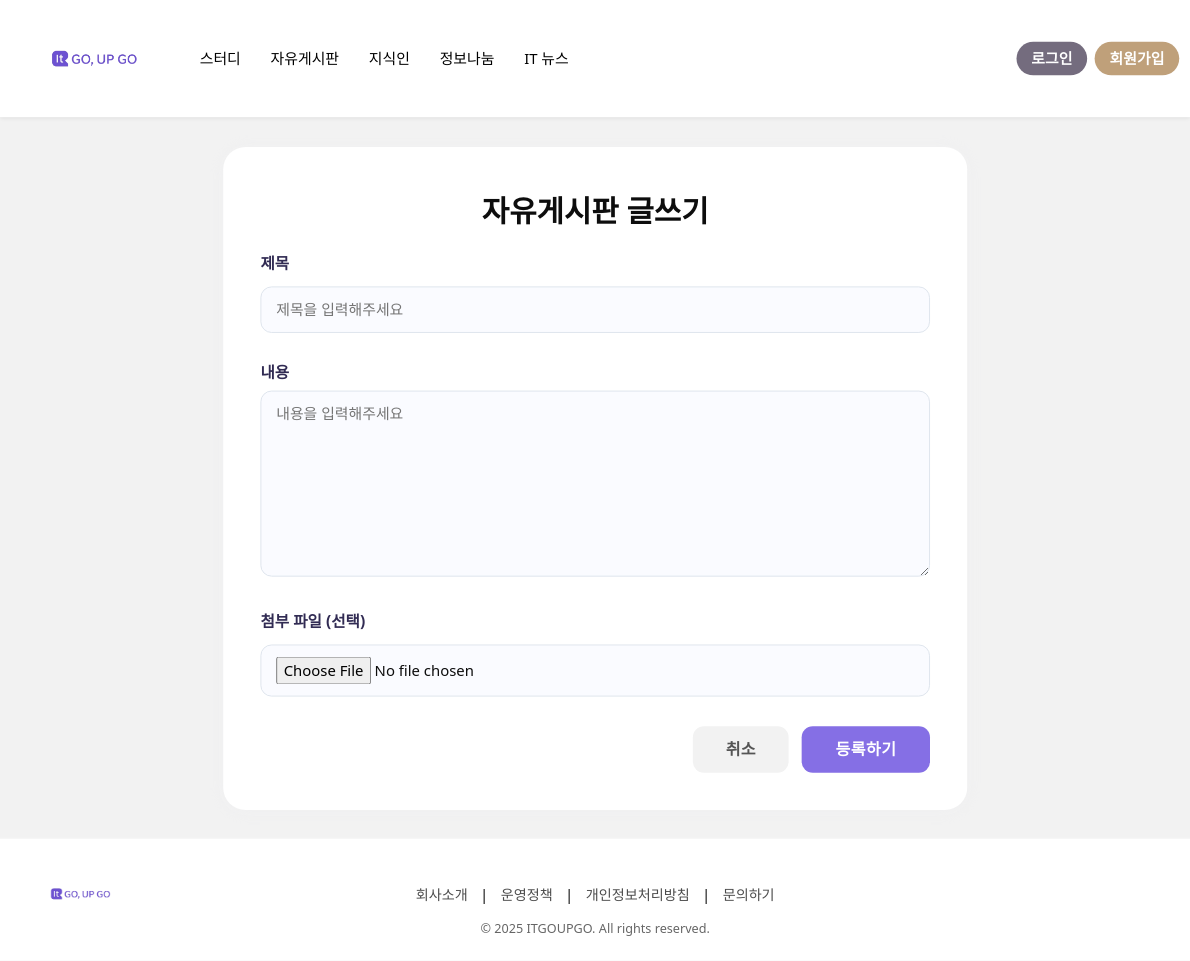
Repository: virtue5321/itgoupgo
Page: http://localhost/ITGOUPGO/WEB-INF/views/free/freeEnrollForm.jsp
The author's editor kept a copy of each file at every save. The page is drawn from the files as they stood at one save, then again after the next save.
The browser window is 1280 px wide. The pictures show the whole page, at 93% of full size.
The page is served by Tomcat 10. Nobody is signed in. Other server files are loaded and not shown. The template is opened directly, without the code that normally fills it, so the values that code supplies are empty.

Above is the page before, as saved 2025-10-31 06:23:04.

### ITGOUPGO/src/main/webapp/WEB-INF/views/free/freeEnrollForm.jsp
<%@ page contentType="text/html; charset=UTF-8" pageEncoding="UTF-8"%>
<%@ taglib prefix="c" uri="http://java.sun.com/jsp/jstl/core" %>
<!DOCTYPE html>
<html>
<head>
    <meta charset="UTF-8">
    <title>자유게시판 글쓰기</title>
    <style>
        html, body {
            height: 100%;
            min-height: 100vh;
            margin: 0;
            padding: 0;
            display: flex;
            flex-direction: column;
        }
        body {
            background: #f7f8fa;
        }
        .main-content {
            flex: 1;
            width: 100%;
            max-width: 1200px;
            margin-left: auto;
            margin-right: auto;
            padding-left: 32px;
            padding-right: 32px;
        }
        footer {
            width: 100%;
        }
        .form-container {
            max-width: 800px;
            margin: 48px auto 30px auto;
            background: #fff;
            border-radius: 24px;
            box-shadow: 0 1.5px 16px 2px #eaeaee33;
            padding: 50px 40px 40px 40px;
        }
        .form-group {
            margin-bottom: 1.8rem;
        }
        .form-label {
            font-weight: 600;
            margin-bottom: 0.6rem;
            display: inline-block;
            color: #312b53;
            font-size: 1.05rem;
        }
        input[type='text'], textarea, input[type='file'] {
            width: 100%;
            border: 1px solid #dde3ec;
            border-radius: 12px;
            padding: 0.75rem 1rem;
            margin-top: 0.3rem;
            font-size: 1rem;
            transition: border 0.2s, box-shadow 0.2s;
            background: #fafbff;
        }
        input:focus, textarea:focus {
            border: 1.5px solid #856fe5;
            outline: none;
            box-shadow: 0 0 0 3px rgba(133, 111, 229, 0.1);
            background: #fff;
        }
        textarea {
            min-height: 200px;
            resize: vertical;
            font-family: inherit;
        }
        .btn-submit {
            background: #856fe5;
            color: #fff;
            border: none;
            border-radius: 12px;
            padding: 12px 36px;
            font-size: 1.08rem;
            font-weight: 600;
            letter-spacing: 0.5px;
            cursor: pointer;
            transition: background 0.2s, transform 0.1s;
        }
        .btn-submit:hover {
            background: #6b5dd0;
            transform: translateY(-1px);
        }
        .btn-cancel {
            background: #f2f2f2;
            color: #555;
            border: none;
            border-radius: 12px;
            padding: 12px 36px;
            font-size: 1.08rem;
            font-weight: 600;
            cursor: pointer;
            margin-right: 10px;
            transition: background 0.2s;
        }
        .btn-cancel:hover {
            background: #e0e0e0;
        }
        h2 {
            color: #312b53;
        }
        @media (max-width: 576px) {
            .main-content {
                padding-left: 8px;
                padding-right: 8px;
            }
            .form-container {
                padding: 30px 20px 25px 20px;
            }
        }
    </style>
</head>
<body>
    <!-- 메뉴바(헤더) 영역 -->
    <c:import url="../common/menubar.jsp"/>

    <!-- 메인 컨텐츠 영역 -->
    <div class="main-content">
        <div class="form-container">
            <h2 class="text-center mb-4 fw-bold">자유게시판 글쓰기</h2>
            <form action="insert" method="post" enctype="multipart/form-data" autocomplete="off">
                <div class="form-group">
                    <label class="form-label">제목</label>
                    <input type="text" name="freeTitle" maxlength="80" required placeholder="제목을 입력해주세요">
                </div>
                <div class="form-group">
                    <label class="form-label">내용</label>
                    <textarea name="freeContent" maxlength="2000" required placeholder="내용을 입력해주세요"></textarea>
                </div>
                <div class="form-group">
                    <label class="form-label">첨부 파일 (선택)</label>
                    <input type="file" name="upfile" accept="image/*,.pdf,.doc,.docx">
                </div>
                <div style="text-align: right; margin-top: 2rem;">
                    <button type="button" class="btn-cancel" onclick="history.back();">취소</button>
                    <button type="submit" class="btn-submit">등록하기</button>
                </div>
            </form>
        </div>
    </div>

    <!-- 푸터 영역 -->
    <c:import url="../common/footer.jsp"/>
</body>
</html>

### ITGOUPGO/src/main/webapp/WEB-INF/views/common/menubar.jsp
<%@ page contentType="text/html; charset=UTF-8" pageEncoding="UTF-8"%>
<%@ taglib prefix="c" uri="jakarta.tags.core" %>

<link href="https://cdn.jsdelivr.net/npm/bootstrap@5.3.3/dist/css/bootstrap.min.css" rel="stylesheet">
<script src="https://cdn.jsdelivr.net/npm/bootstrap@5.3.3/dist/js/bootstrap.bundle.min.js"></script>
<script src="https://code.jquery.com/jquery-3.6.4.min.js"></script>
<link rel="stylesheet" href="https://cdnjs.cloudflare.com/ajax/libs/font-awesome/6.5.0/css/all.min.css">

<style>
:root {
  /* 라이트 모드 */
  --bg-color: #F2F2F2;
  --text-color: #0D0D0D;
  --navbar-bg: #FFFFFF;
  --btn-login: #746C7E;
  --btn-signup: #BFA07A;
  --btn-hover: #F4C542;
  --footer-bg: #FFFFFF;
  --footer-text: #000000;
  /*  게시판 공통 변수 */
  --board-bg: #FFFFFF; /* 컨테이너 배경 */
  --board-shadow: 0 1.5px 16px 2px #eaeaee33; /* 컨테이너 그림자 */
  --table-head-bg: #f2effc; /* 테이블 헤더 배경 */
  --table-head-text: #856fe5; /* 테이블 헤더 텍스트 */
  --table-row-bg: #f9faff; /* 테이블 행 배경 */
  --table-row-shadow: 0 1px 5px #e6e1f880; /* 테이블 행 그림자 */
  --table-row-hover-bg: #edeaff; /* 테이블 행 호버 배경 */
  --title-text: #312b53; /* 제목 텍스트 색상 */
  --badge-bg: #ecf2ff; /* 뱃지 배경 */
  --badge-text: #6d71a7; /* 뱃지 텍스트 */

}

/* 다크모드 관련 삭제됨 */


/* 🛠️ Sticky Footer를 위한 메인 콘텐츠 영역 스타일 추가 */
.container {
  flex-grow: 1; /* body의 남은 수직 공간을 모두 채우도록 확장 */
}

/* ✅ 공통 */
body {
  background-color: var(--bg-color);
  color: var(--text-color);
  transition: background-color 0.4s ease, color 0.4s ease;
  padding-top: 110px; /* 메뉴 높이만큼 여백 확보 (로고 크기 고려) */
  margin: 0;

  /* 👇 Sticky Footer를 위한 추가 */
  min-height: 100vh; /* 뷰포트 높이만큼 최소 높이 확보 */
  display: flex; /* flex 컨테이너로 설정 */
  flex-direction: column; /* 내용을 수직으로 정렬 */
}

/* --- 네비게이션 스타일 --- */

/* ✅ 메뉴바 상단 고정 */
nav.navbar {
  position: fixed;
  top: 0;
  left: 0;
  width: 100%;
  z-index: 1000;
  background-color: var(--navbar-bg);
  box-shadow: 0 2px 6px rgba(0, 0, 0, 0.1); /* 깔끔한 그림자 */
  transition: background-color 0.4s ease;
}

.navbar-brand {
  color: var(--footer-text) !important;
  font-weight: 700;
  letter-spacing: 0.5px;
}

nav.navbar .nav-link {
  color: var(--footer-text) !important;
  margin-right: 1rem;
  transition: opacity 0.3s ease, color 0.3s ease;
}

nav.navbar .nav-link:hover {
  opacity: 0.7;
  color: var(--btn-hover) !important;
}

/* ✅ 로그인 / 회원가입 버튼 */
.btn-login {
  background-color: var(--btn-login);
  color: #fff;
  font-weight: 600;
  border: none;
  border-radius: 20px;
  padding: 6px 16px;
  transition: all 0.3s ease;
}

.btn-login:hover {
  background-color: var(--btn-hover);
  color: #0D0D0D;
  transform: translateY(-1px);
}

.btn-signup {
  background-color: var(--btn-signup);
  color: #fff;
  font-weight: 600;
  border: none;
  border-radius: 20px;
  padding: 6px 16px;
  margin-left: 8px;
  transition: all 0.3s ease;
}

.btn-signup:hover {
  background-color: var(--btn-hover);
  color: #0D0D0D;
  transform: translateY(-1px);
}

/* 테마 전환 버튼 제거 */

/* ✅ 반응형 (모바일 뷰) */
@media (max-width: 991px) {
  .navbar-nav {
    text-align: initial;
  }

  .navbar-nav .nav-item {
    width: 100%;
    text-align: left;
    margin-bottom: 0.5rem;
  }

  .auth-and-theme-buttons {
    display: flex;
    justify-content: flex-end;
    align-items: center;
    width: 100%;
    margin-top: 1rem;
    padding-right: 0;
  }

  .auth-and-theme-buttons .btn-login,
  .auth-and-theme-buttons .btn-signup {
    margin-top: 0;
    margin-left: 0.5rem;
  }

  /* 테마 전환 버튼 제거로 여백 규칙 삭제 */

  .navbar-collapse.show {
    display: flex;
    flex-direction: column;
    align-items: flex-start;
  }

  .nav-menu-list {
    width: 100%;
    padding-left: 0;
    list-style: none;
    margin-bottom: 0;
  }

  .nav-menu-list .nav-link {
    margin-right: 0;
  }
}

/* ✅ PC 뷰 버튼 정렬 */
@media (min-width: 992px) {
  .auth-and-theme-buttons {
    display: flex;
    align-items: center;
  }
}

/* --- 푸터 스타일 (기존 footer.jsp에서 이동) --- */
footer {
  background-color: var(--footer-bg);
  color: var(--footer-text);
  padding: 1.5rem 1.5rem;
  font-size: 0.95rem;
  line-height: 1.6;
  border-top: 1px solid rgba(0, 0, 0, 0.05);
  transition: background-color 0.4s ease, color 0.4s ease;
  display: flex;
  flex-direction: column;
  align-items: center;
  position: relative;
}

/* ✅ 로고 (왼쪽 상단 고정) */
footer .footer-logo {
  position: absolute;
  left: 1.5rem;
  top: 1.5rem;
}
footer .footer-logo img {
  height: 70px;
  transition: opacity 0.3s ease;
}
footer .footer-logo img:hover {
  opacity: 0.8;
}

/* ✅ 링크 영역 */
footer .footer-links {
  margin-top: 1.5rem;
  margin-bottom: 0.8rem;
  text-align: center;
}
footer .footer-links a {
  color: var(--footer-text);
  opacity: 0.7;
  text-decoration: none;
  margin: 0 0.6rem;
  transition: color 0.3s ease, opacity 0.3s ease;
}
footer .footer-links a:hover {
  color: var(--btn-hover);
  opacity: 1;
}

/* ✅ 저작권 문구 */
footer .copyright {
  font-size: 0.85rem;
  opacity: 0.6;
  text-align: center;
}
</style>

<nav class="navbar navbar-expand-lg shadow-sm">
  <div class="container-fluid">
    <a href="/community" class="d-inline-block navbar-brand">
      <img src="/community/resources/images/itgoupgo_logo.png" alt="ITGOUPGO Logo" style="height: 100px;">
    </a>

    <button class="navbar-toggler bg-light" type="button" data-bs-toggle="collapse" data-bs-target="#navbarNav">
      <span class="navbar-toggler-icon"></span>
    </button>

    <div class="collapse navbar-collapse" id="navbarNav">
      <ul class="navbar-nav me-auto mb-2 mb-lg-0 nav-menu-list">
        <li class="nav-item"><a class="nav-link" href="/community/study/list">스터디</a></li>
        <li class="nav-item"><a class="nav-link" href="/community/free/list">자유게시판</a></li>
        <li class="nav-item"><a class="nav-link" href="/community/knowledge/list">지식인</a></li>
        <li class="nav-item"><a class="nav-link" href="/community/info/list">정보나눔</a></li>
        <li class="nav-item"><a class="nav-link" href="/community/news/list">IT 뉴스</a></li>
      </ul>

      <div class="auth-and-theme-buttons">
        <a href="/community/login" class="btn btn-login">로그인</a>
        <a href="/community/signup" class="btn btn-signup">회원가입</a>
      </div>
    </div>
  </div>
</nav>

<!-- 다크모드 스크립트 제거 -->

### ITGOUPGO/src/main/webapp/WEB-INF/views/common/footer.jsp
<%@ page contentType="text/html; charset=UTF-8" pageEncoding="UTF-8"%>

<footer>
  <div class="footer-logo">
    <a href="/community">
      <img src="/community/resources/images/itgoupgo_logo.png" alt="ITGOUPGO 로고">
    </a>
  </div>

  <div class="footer-links">
    <a href="/community/about">회사소개</a> |
    <a href="/community/policy">운영정책</a> |
    <a href="/community/privacy">개인정보처리방침</a> |
    <a href="/community/contact">문의하기</a>
  </div>

  <div class="copyright">
    © 2025 ITGOUPGO. All rights reserved.
  </div>
</footer>

After the next save:
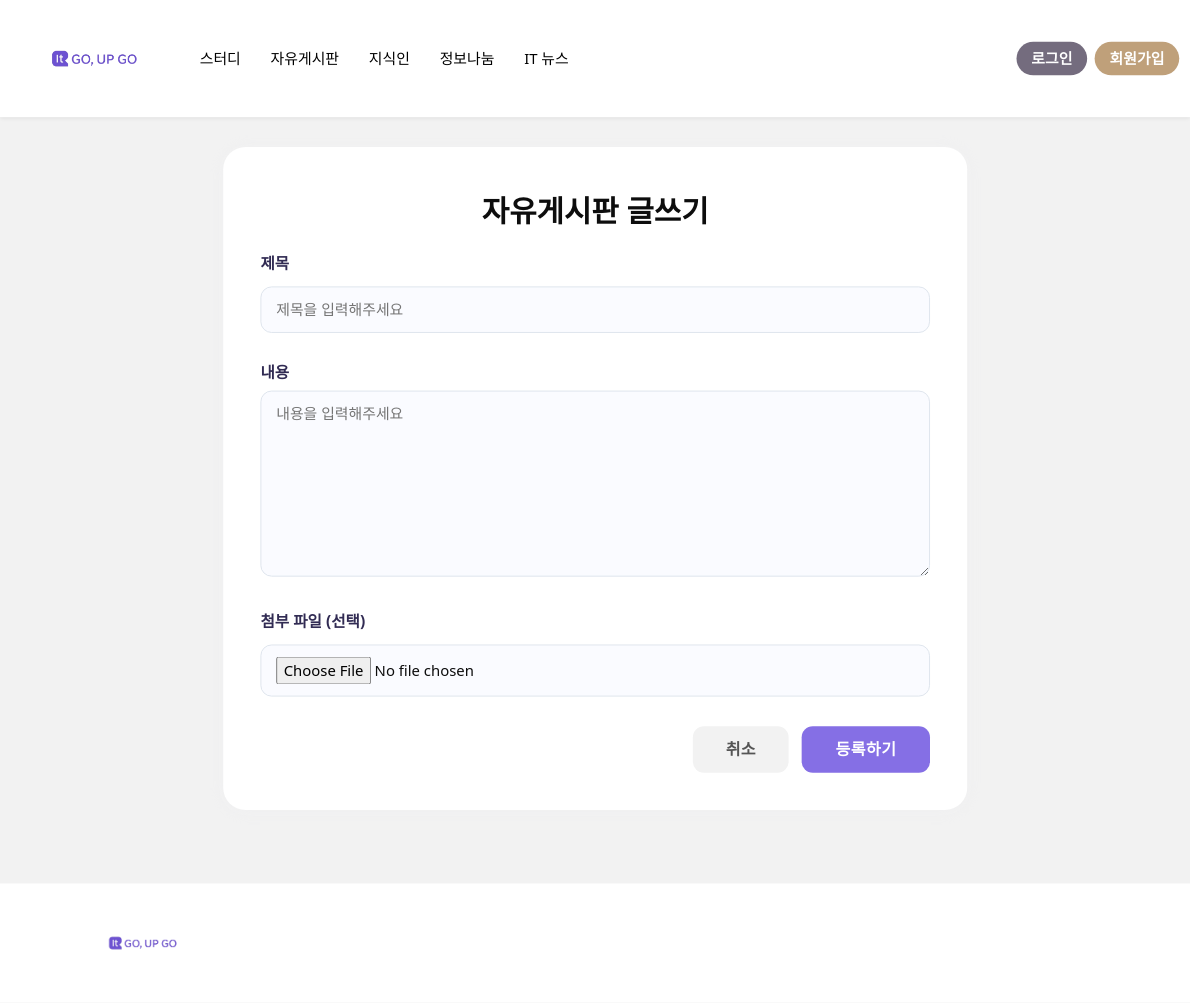
Saved 10 s later.
--- a/ITGOUPGO/src/main/webapp/WEB-INF/views/common/footer.jsp
+++ b/ITGOUPGO/src/main/webapp/WEB-INF/views/common/footer.jsp
@@ -1,20 +1,38 @@
 <%@ page contentType="text/html; charset=UTF-8" pageEncoding="UTF-8"%>
 
-<footer>
-  <div class="footer-logo">
-    <a href="/community">
-      <img src="/community/resources/images/itgoupgo_logo.png" alt="ITGOUPGO 로고">
-    </a>
-  </div>
+<style>
 
-  <div class="footer-links">
-    <a href="/community/about">회사소개</a> |
-    <a href="/community/policy">운영정책</a> |
-    <a href="/community/privacy">개인정보처리방침</a> |
-    <a href="/community/contact">문의하기</a>
-  </div>
+/* 푸터 메뉴 링크 호버 스타일 추가 */
+footer .list-inline-item a {
+    transition: opacity 0.3s ease, color 0.3s ease; /* 전환 효과 추가 */
+}
 
-  <div class="copyright">
-    © 2025 ITGOUPGO. All rights reserved.
-  </div>
+footer .list-inline-item a:hover {
+    opacity: 0.7; /* 투명도 조절 */
+    color: var(--btn-hover) !important; /* var(--btn-hover) 색상 적용 */
+}
+
+</style>
+
+
+<footer class="text-center py-4 mt-5"
+        style="background-color: var(--footer-bg); color: var(--footer-text); transition: background-color 0.4s ease, color 0.4s ease;">
+    <div class="container">
+        <div class="row align-items-center">
+            <div class="col-md-4 text-md-start mb-3 mb-md-0">
+                <!-- ITGOUPGO 로고 -->
+                <a href="/community" class="d-inline-block">
+                    <img src="/community/resources/images/itgoupgo_logo.png" alt="ITGOUPGO Logo" style="height: 80px;">
+                </a>
+            </div>
+            <div class="col-md-4 mb-3 mb-md-0">
+                <!-- 메뉴바 -->
+                <ul class="list-inline mb-0">
+                    <li class="list-inline-item"><a href="#" class="text-decoration-none text-white-50">회사소개</a></li>
+                    <li class="list-inline-item"><a href="#" class="text-decoration-none text-white-50">운영정책</a></li>
+                    <li class="list-inline-item"><a href="#" class="text-decoration-none text-white-50">개인정보처리방침</a></li>
+                </ul>
+            </div>
+        </div>
+    </div>
 </footer>

After the save that followed:
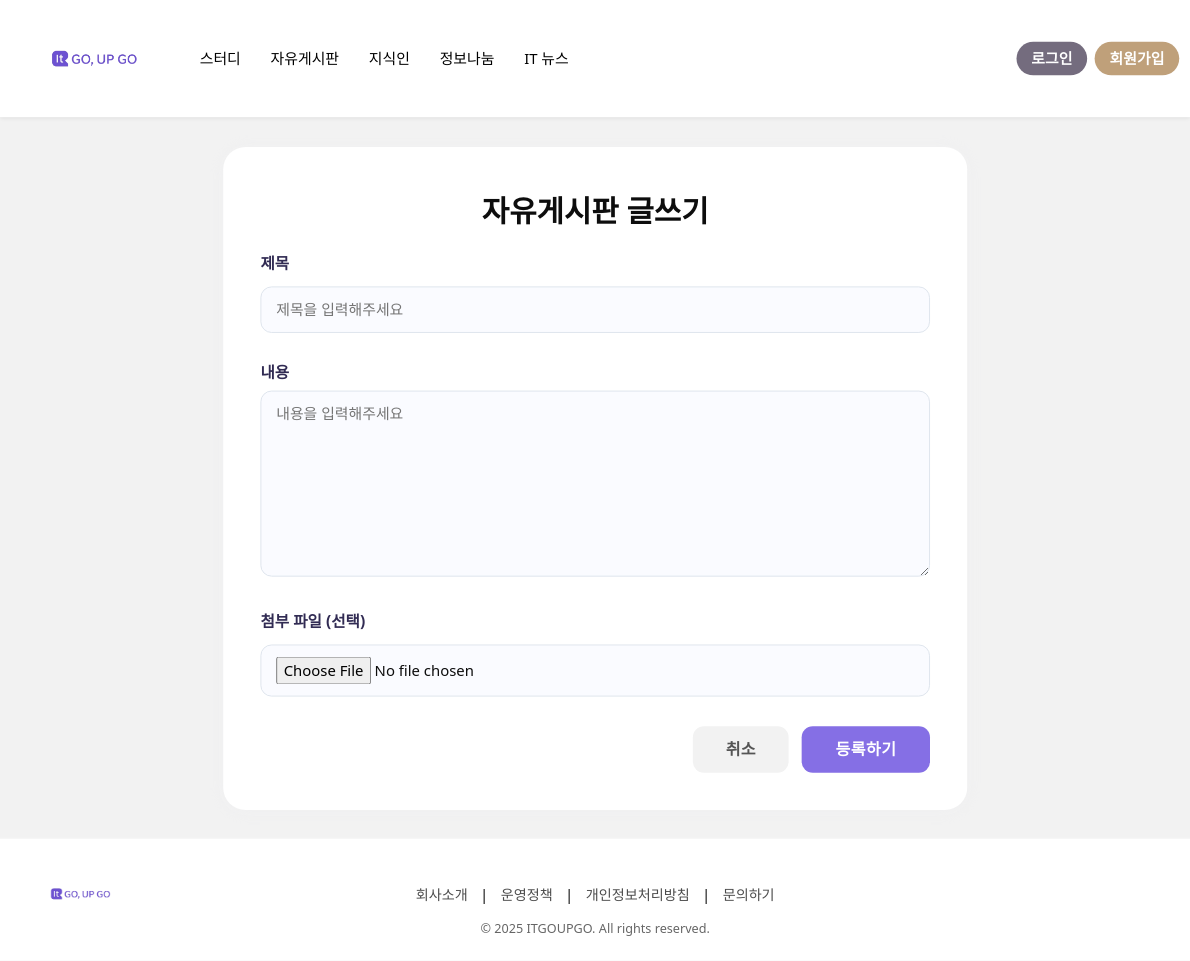
Saved 11 s later.
--- a/ITGOUPGO/src/main/webapp/WEB-INF/views/common/footer.jsp
+++ b/ITGOUPGO/src/main/webapp/WEB-INF/views/common/footer.jsp
@@ -1,38 +1,20 @@
 <%@ page contentType="text/html; charset=UTF-8" pageEncoding="UTF-8"%>
 
-<style>
+<footer>
+  <div class="footer-logo">
+    <a href="/community">
+      <img src="/community/resources/images/itgoupgo_logo.png" alt="ITGOUPGO 로고">
+    </a>
+  </div>
 
-/* 푸터 메뉴 링크 호버 스타일 추가 */
-footer .list-inline-item a {
-    transition: opacity 0.3s ease, color 0.3s ease; /* 전환 효과 추가 */
-}
+  <div class="footer-links">
+    <a href="/community/about">회사소개</a> |
+    <a href="/community/policy">운영정책</a> |
+    <a href="/community/privacy">개인정보처리방침</a> |
+    <a href="/community/contact">문의하기</a>
+  </div>
 
-footer .list-inline-item a:hover {
-    opacity: 0.7; /* 투명도 조절 */
-    color: var(--btn-hover) !important; /* var(--btn-hover) 색상 적용 */
-}
-
-</style>
-
-
-<footer class="text-center py-4 mt-5"
-        style="background-color: var(--footer-bg); color: var(--footer-text); transition: background-color 0.4s ease, color 0.4s ease;">
-    <div class="container">
-        <div class="row align-items-center">
-            <div class="col-md-4 text-md-start mb-3 mb-md-0">
-                <!-- ITGOUPGO 로고 -->
-                <a href="/community" class="d-inline-block">
-                    <img src="/community/resources/images/itgoupgo_logo.png" alt="ITGOUPGO Logo" style="height: 80px;">
-                </a>
-            </div>
-            <div class="col-md-4 mb-3 mb-md-0">
-                <!-- 메뉴바 -->
-                <ul class="list-inline mb-0">
-                    <li class="list-inline-item"><a href="#" class="text-decoration-none text-white-50">회사소개</a></li>
-                    <li class="list-inline-item"><a href="#" class="text-decoration-none text-white-50">운영정책</a></li>
-                    <li class="list-inline-item"><a href="#" class="text-decoration-none text-white-50">개인정보처리방침</a></li>
-                </ul>
-            </div>
-        </div>
-    </div>
+  <div class="copyright">
+    © 2025 ITGOUPGO. All rights reserved.
+  </div>
 </footer>
